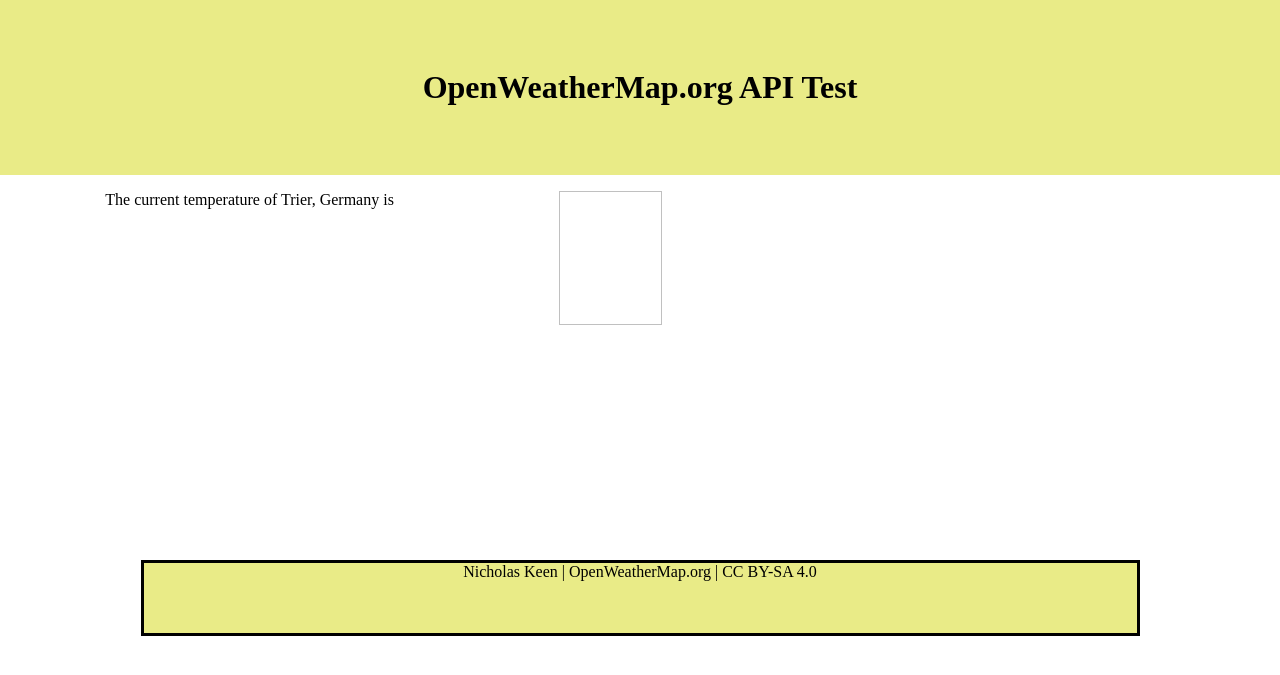
Repository: nak97/WDD230
Page: lesson10/weather.html
The author's editor kept a copy of each file at every save. The page is drawn from the files as they stood at one save, then again after the next save.
The browser window is 1280 px wide. The pictures show the whole page.

Above is the page before, as saved 2023-11-15 17:55:46.

### lesson10/weather.html
<!DOCTYPE html>
<html lang="en-US">
<head>
  <meta charset="UTF-8">
  <meta name="viewport" content="width=device-width, initial-scale=1.0">
  <title>Nick Keen - WDD 230 - Web Frontend Development</title>
  <meta name="description" content="WDD 230 - Nicholas Keen  - Web Frontend Development projects">
  <meta name="author" content="Nicholas Keen">
  <link rel="stylesheet" href="./styles/normalize.css">
  <link rel="stylesheet" href="./styles/base.css">
  <link rel="stylesheet" href="./styles/media.css">
  <link rel="icon" href="favicon.ico">
  <meta property="og:title" content="facebook"/>
  <meta property="og:type" content="website" />
  <meta property="og:url" content="facebook.com" />
  <meta property="og:image" content="images/facebook-meta-tag-pic.png" />
</head>
<body>
  <header>
    <h1>OpenWeatherMap.org API Test</h1>
  </header>
  <main>
    <p>The current temperature of Trier, Germany is <span id="current-temp"></span></p>
    <figure>
      <img id="weather-icon" src=" " alt="">
      <figcaption> </figcaption>
    </figure>
  </main>
  <footer>
    Nicholas Keen | OpenWeatherMap.org | CC BY-SA 4.0
  </footer>

### styles/base.css
body{
  text-align: center;
  text-decoration: none;
}

button {
  display: none;
}
header {
  display: flex;
    justify-content: center;
    margin-top: auto;
    margin-bottom: auto;
    margin-right: auto;
    margin-left: auto;
    width: 100%;
    background-color: #E9EB87;
    height: 10.9375rem;
}
header h1 {
  margin-top: auto;
  margin-bottom: auto;
}
img{
  height: 8.375rem;
  width: 6.4375rem;
  margin-right: 3.625rem;
  margin-top: auto;
  margin-bottom: auto;
}
nav {
  display: flex;
  background-color: black;
  width: 100%;
  height: 6.25rem;
  justify-content: space-evenly;
  align-items: center;
}

.title {
  grid-area: title ;
}

nav a {
  color: #E9EB87;
  text-decoration: none;
}
hr {width: 28.9375}

.sun  {
  width: 4rem;
  height: 4rem;
  float: left;
}
main {
  display: grid !important;
  grid-template-rows: .1fr 1fr;
  justify-content: center;
  grid-template-columns: 1fr .5fr 1fr;
  grid-template-areas:
  " title title title"
  "card-1 card-1 card-2";
  grid-gap: 1rem;

}

.card-1 {
 grid-area: card-1;

}
.card-1 h3{
background-color: #E9EB87;
margin: 0;
padding-bottom: 2.125rem;
}

.card-2 {
  background-color: #E9EB87;
  grid-area: card-2;
}
.card {

  border: black 3px solid;
}

footer {
  display: flex;
  margin-top: 1.75rem;
  max-width: 62.0625rem;
  margin-left: auto;
  margin-right: auto;
  justify-content: center;
  border: 0.1875rem black solid;
  height: 4.375rem;
  background-color: #E9EB87;

}

iframe {
  width: 37.5rem;
  height: 30rem;
}

.fa-sharp fa-light fa-copyright {
  color: #050505;
}

### styles/media.css
@media screen and (max-width: 578px) {
  body{
    text-align: center;
    text-decoration: none;
  }

  nav {
    display: none !important;

  }
   main {
     grid-template-areas:
     " title"
     " card-1"
     " card-2";
     grid-template-columns: 1fr ;
     margin-bottom: 1rem;
  }

  iframe {
      width: 22.5rem;

  }

button {
  position: absolute;
  right: 1rem;
  display: block;
}

}

Loaded but not shown: styles/normalize.css (library)

After the next save:
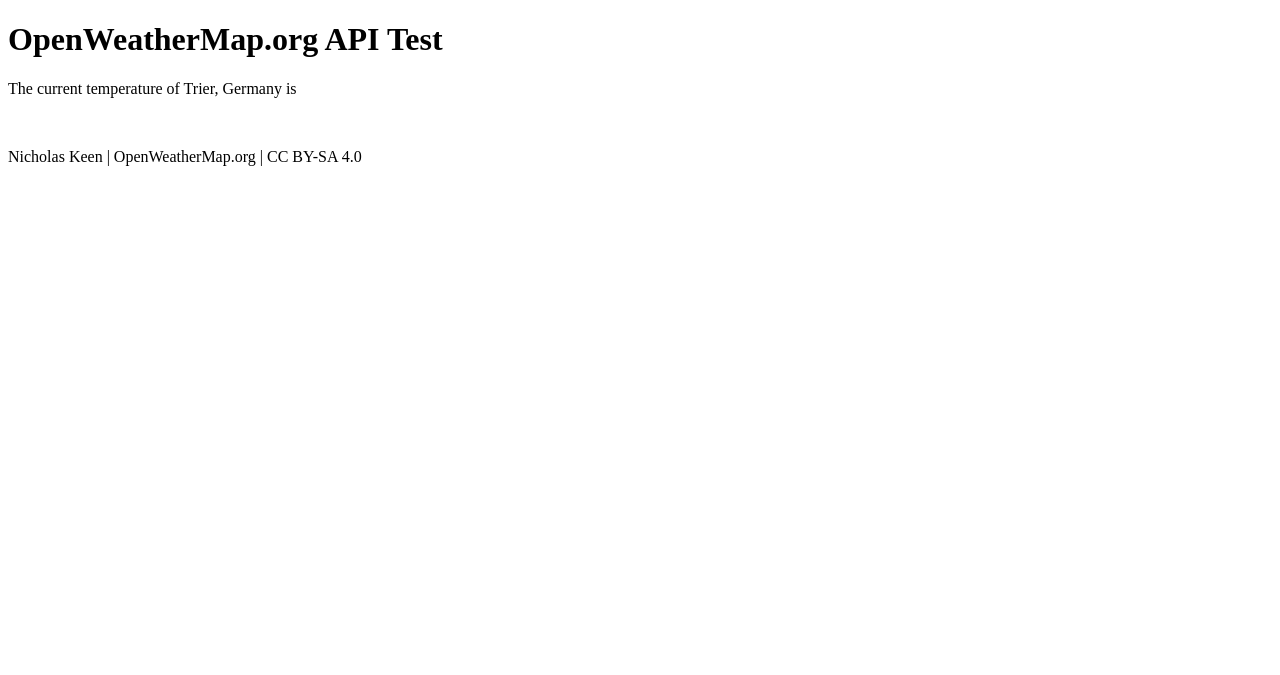
Saved 53 s later.
--- a/lesson10/weather.html
+++ b/lesson10/weather.html
@@ -6,9 +6,7 @@
   <title>Nick Keen - WDD 230 - Web Frontend Development</title>
   <meta name="description" content="WDD 230 - Nicholas Keen  - Web Frontend Development projects">
   <meta name="author" content="Nicholas Keen">
-  <link rel="stylesheet" href="./styles/normalize.css">
-  <link rel="stylesheet" href="./styles/base.css">
-  <link rel="stylesheet" href="./styles/media.css">
+
   <link rel="icon" href="favicon.ico">
   <meta property="og:title" content="facebook"/>
   <meta property="og:type" content="website" />
